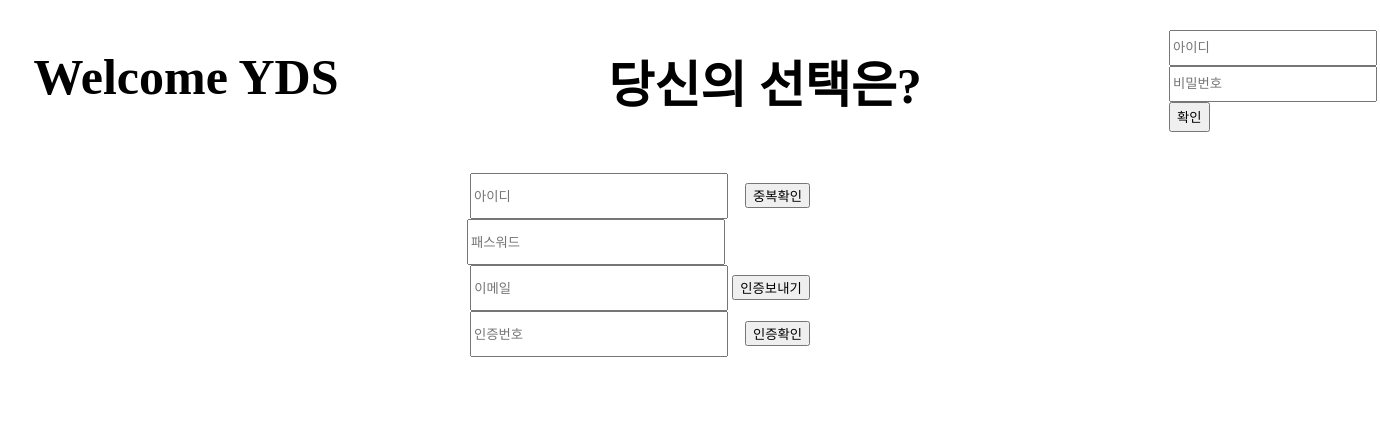
Repository: ejrtn/springbootMaven
Page: deoksu/src/main/resources/static/join.html
These files come from the project's save history. The page is drawn as it stood at one moment and after the next save; the edit follows.
The browser window is 1280 px wide. The page is 1380 px wide, so the pictures cover 1380 px, including what lies to the right of the window. The pictures show the whole page.

Above is the page before, as saved 2021-04-10 13:20:10.

After the next save:
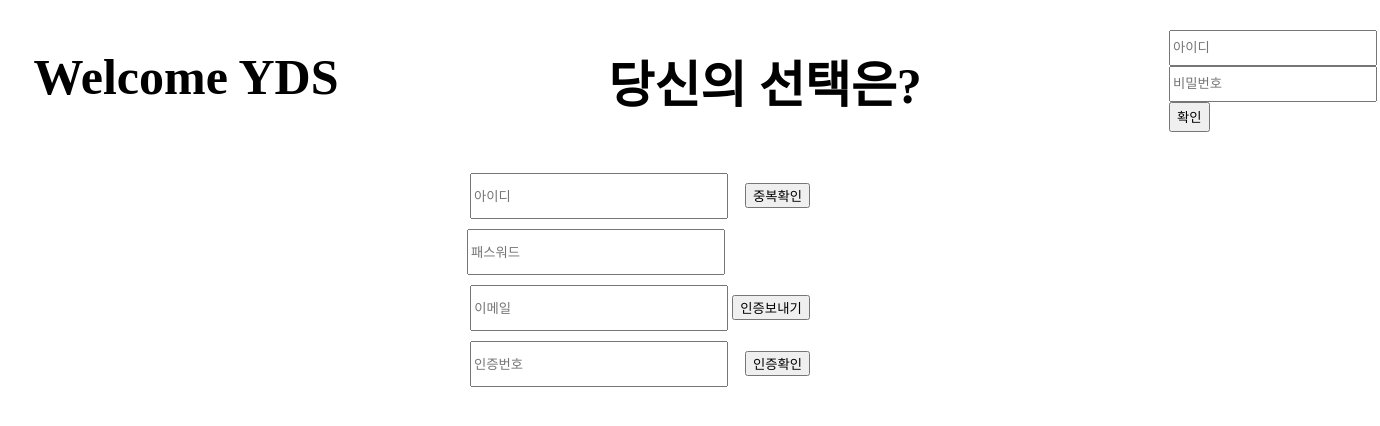
Saved 24 s later.
--- a/deoksu/src/main/resources/static/join.html
+++ b/deoksu/src/main/resources/static/join.html
@@ -47,12 +47,12 @@ function chkPW(){
 		</table>
 	</div>
 	<div align="center" style="margin-top: 20px;">
-		<input type="text" placeholder="아이디" style="width: 250px; height: 40px; margin-right: 13px;">
+		<input type="text" placeholder="아이디" style="width: 250px; height: 40px; margin-right: 13px; margin-bottom: 10px;">
 		<input type="button" value="중복확인"><br>
-		<input type="password" placeholder="패스워드" style="width: 250px; height: 40px; margin-right: 88px;"><br>
-		<input type="email" placeholder="이메일" style="width: 250px; height: 40px;">
+		<input type="password" placeholder="패스워드" style="width: 250px; height: 40px; margin-right: 88px; margin-bottom: 10px;"><br>
+		<input type="email" placeholder="이메일" style="width: 250px; height: 40px; margin-bottom: 10px;">
 		<input type="button" value="인증보내기"><br>
-		<input type="text" placeholder="인증번호" style="width: 250px; height: 40px; margin-right: 13px;">
+		<input type="text" placeholder="인증번호" style="width: 250px; height: 40px; margin-right: 13px; margin-bottom: 10px;">
 		<input type="button" value="인증확인">
 	</div>
 </body>
